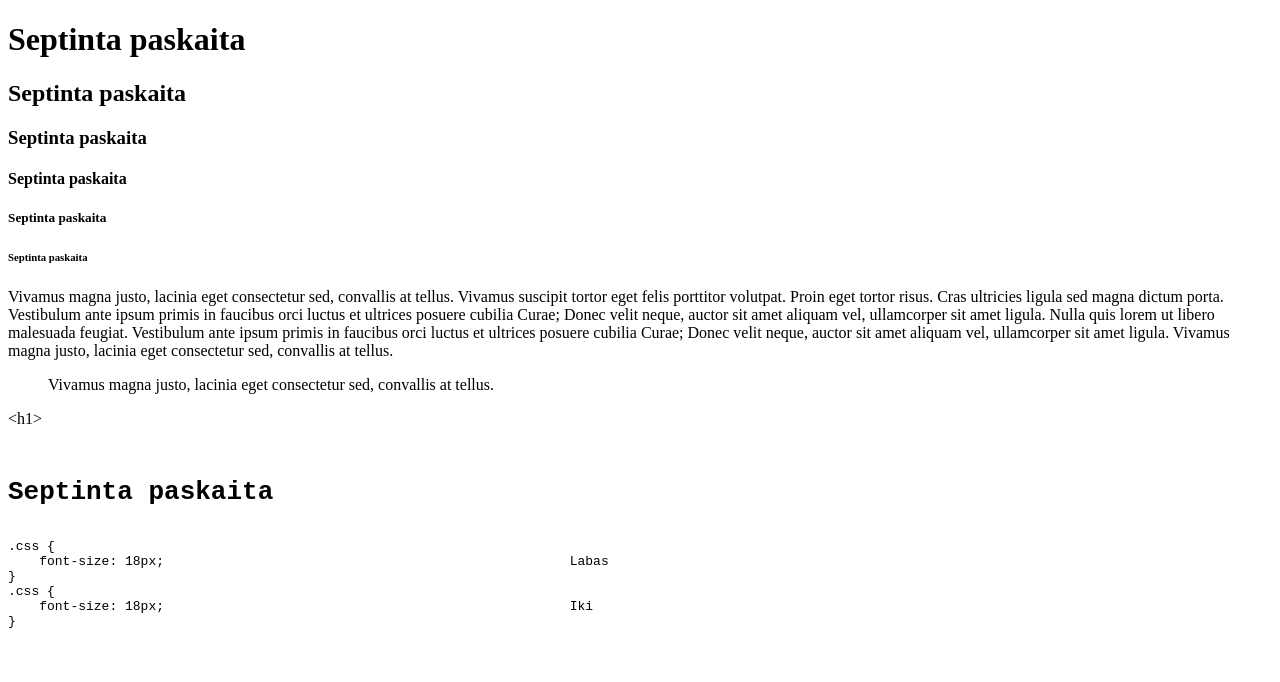
Repository: motiejus1/07-paskaita-05.31
Page: index.html
These files come from the project's save history. The page is drawn as it stood at one moment and after the next save; the edit follows.
The browser window is 1280 px wide. The pictures show the whole page.

Above is the page before, as saved 2021-06-10 18:48:26.

### index.html
<!DOCTYPE html>
<html lang="en">
<head>
    <meta charset="UTF-8">
    <meta http-equiv="X-UA-Compatible" content="IE=edge">
    <meta name="viewport" content="width=device-width, initial-scale=1.0">
    <title>Septinta paskaita</title>
</head>
<body>
    <h1>Septinta paskaita</h1>
    <h2>Septinta paskaita</h2>
    <h3>Septinta paskaita</h3>
    <h4>Septinta paskaita</h4>
    <h5>Septinta paskaita</h5>
    <h6>Septinta paskaita</h6>

    <p>Vivamus magna justo, lacinia eget consectetur sed, convallis at tellus. Vivamus suscipit tortor eget felis porttitor volutpat. Proin eget tortor risus. Cras ultricies ligula sed magna dictum porta. Vestibulum ante ipsum primis in faucibus orci luctus et ultrices posuere cubilia Curae; Donec velit neque, auctor sit amet aliquam vel, ullamcorper sit amet ligula. Nulla quis lorem ut libero malesuada feugiat. Vestibulum ante ipsum primis in faucibus orci luctus et ultrices posuere cubilia Curae; Donec velit neque, auctor sit amet aliquam vel, ullamcorper sit amet ligula. Vivamus magna justo, lacinia eget consectetur sed, convallis at tellus.</p>

    <blockquote>Vivamus magna justo, lacinia eget consectetur sed, convallis at tellus.</blockquote>


    <p> &lt;h1&gt;  </p>

    <pre>
        <h1>Septinta paskaita</h1>
.css {
    font-size: 18px;                                                    Labas
}
.css {
    font-size: 18px;                                                    Iki
}
    </pre>
</body>
</html>

After the next save:
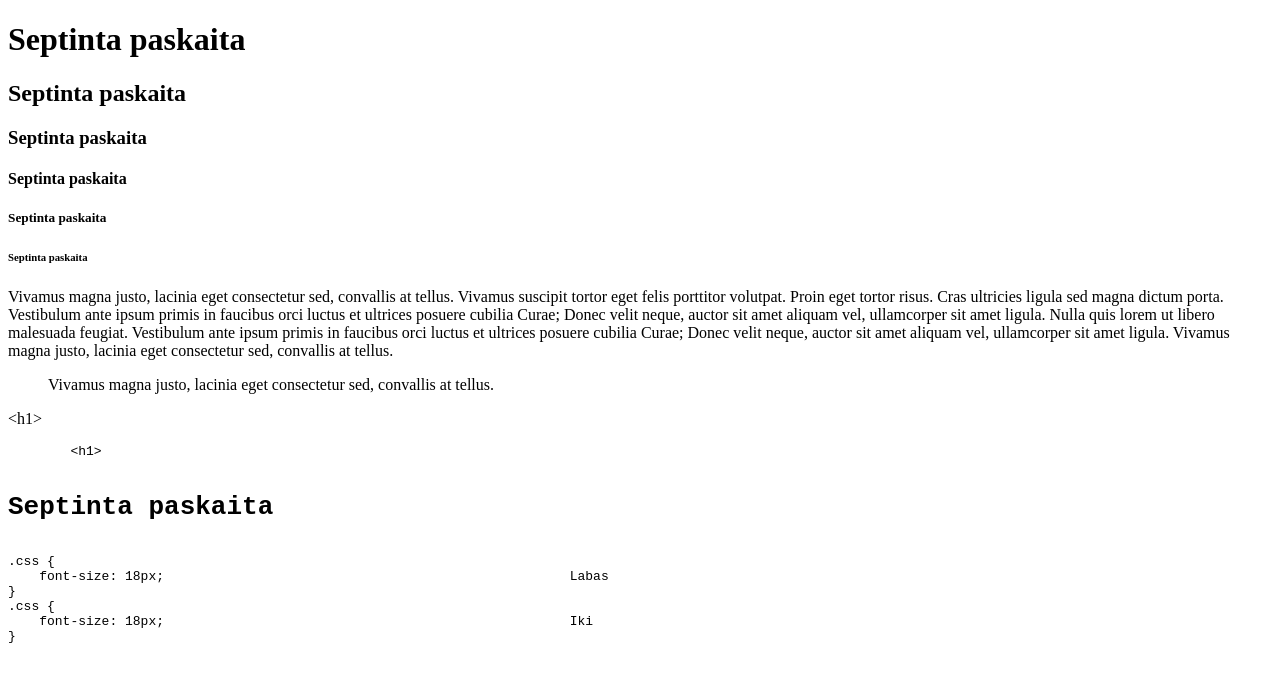
Saved 57 s later.
--- a/index.html
+++ b/index.html
@@ -22,6 +22,7 @@
     <p> &lt;h1&gt;  </p>
 
     <pre>
+        &lt;h1&gt;
         <h1>Septinta paskaita</h1>
 .css {
     font-size: 18px;                                                    Labas
